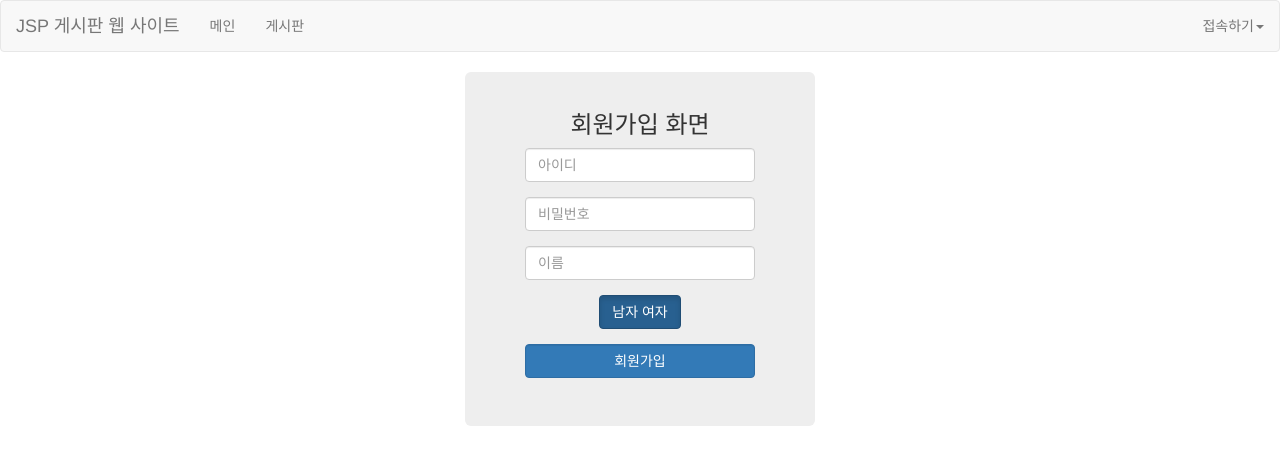
Repository: winter9388/JSP_BBS
Page: http://localhost/BBS/join.jsp
These files come from the project's save history. The page is drawn as it stood at one moment and after the next save; the edit follows.
The browser window is 1280 px wide. The pictures show the whole page.
Some web libraries are served in a nearby version. The page is served by Tomcat 9.

Above is the page before, as saved 2022-08-11 07:05:22.

After the next save:
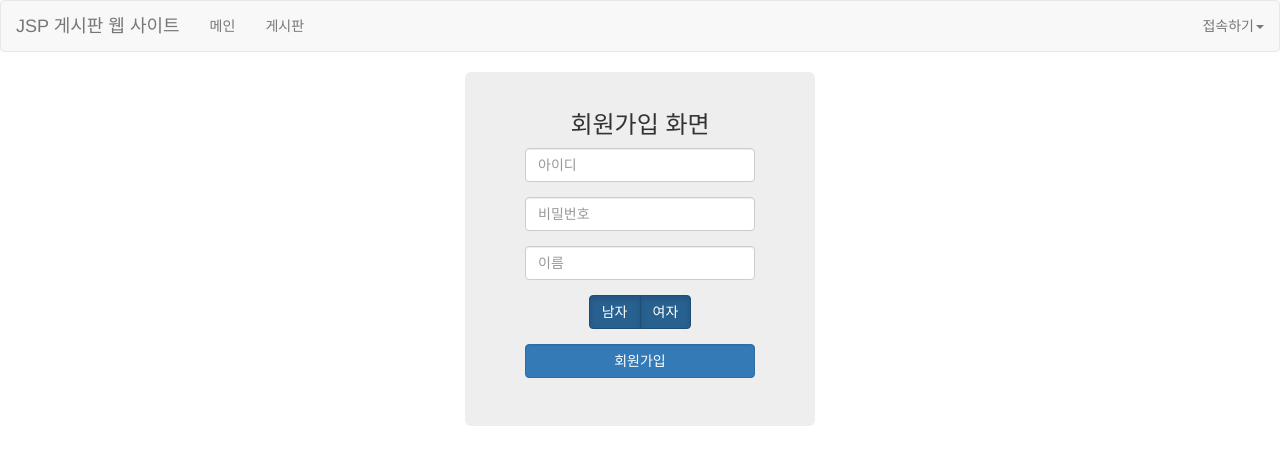
Saved 33 s later.
--- a/BBS/src/main/webapp/join.jsp
+++ b/BBS/src/main/webapp/join.jsp
@@ -58,6 +58,8 @@
 						<div class="btn-group" data-toggle="buttons">
 							<label class="btn btn-primary active">
 								<input type="radio" name="userGender" autocomplete="off" value="남자" checked>남자
+							</label>
+							<label class="btn btn-primary active">
 								<input type="radio" name="userGender" autocomplete="off" value="여자">여자
 							</label>
 						</div>
